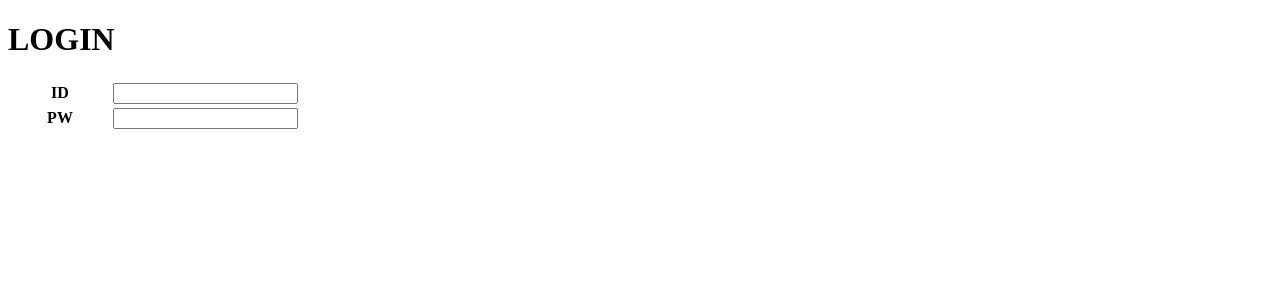
Repository: dgl1231/Code_Practice
Page: http://localhost/Jsp04_LoginBoard/
The author's editor kept a copy of each file at every save. The page is drawn from the files as they stood at one save, then again after the next save.
The browser window is 1280 px wide. The pictures show the whole page.
The page is served by Tomcat 9.

Above is the page before, as saved 2022-05-30 00:36:37.

After the next save:
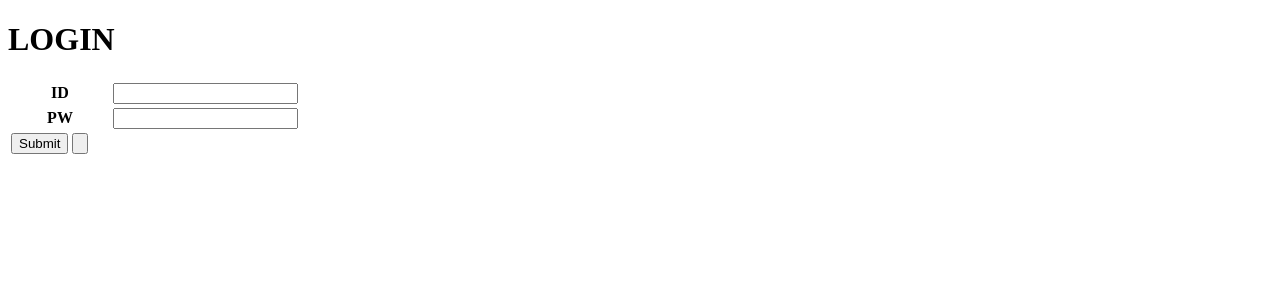
Saved 33 s later.
--- a/5_Web/Jsp04_LoginBoard/WebContent/index.jsp
+++ b/5_Web/Jsp04_LoginBoard/WebContent/index.jsp
@@ -25,7 +25,8 @@
 				</tr>
 				<tr>
 					<td colspan="2">
-
+						<input type="submit" name="login">
+						<input type="button" name="regist" onclick="">
 					</td>
 				</tr>
 			</table>
